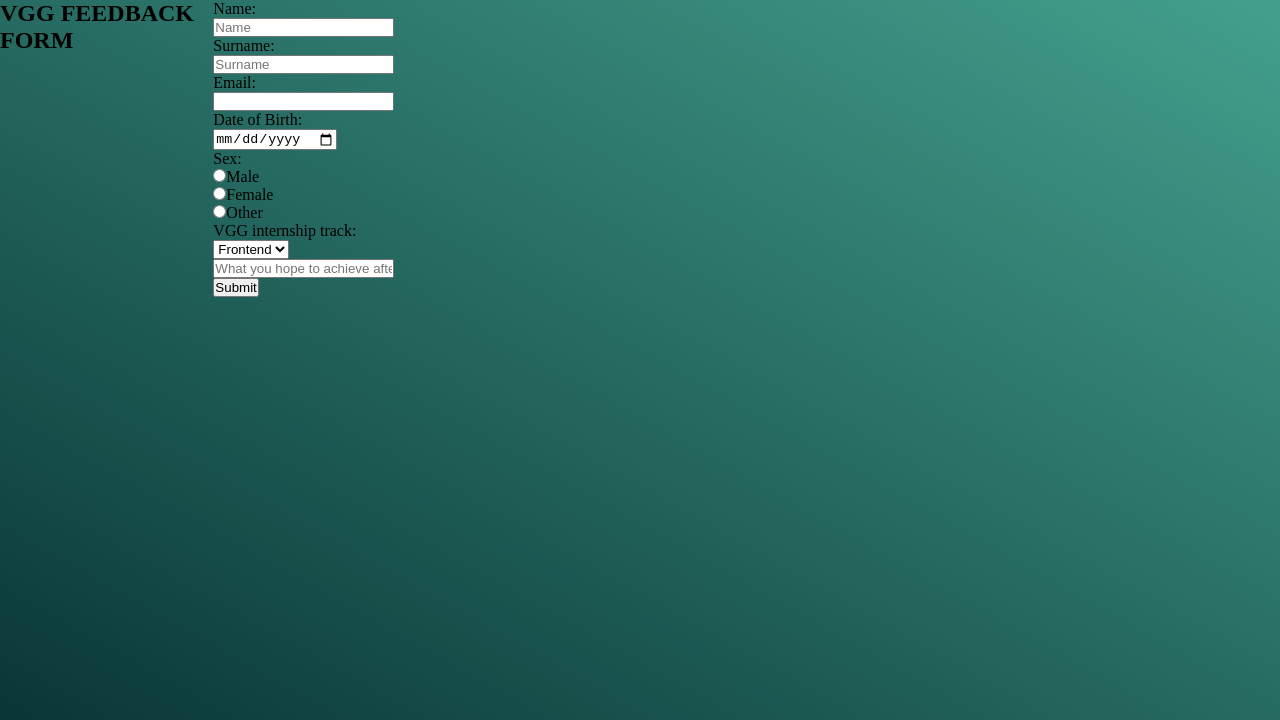
Repository: iphyokafor/VGG-Feedback-form
Page: index.html
The author's editor kept a copy of each file at every save. The page is drawn from the files as they stood at one save, then again after the next save.
The browser window is 1280 px wide. The pictures show the whole page.

Above is the page before, as saved 2020-01-12 20:30:02.

After the next save:
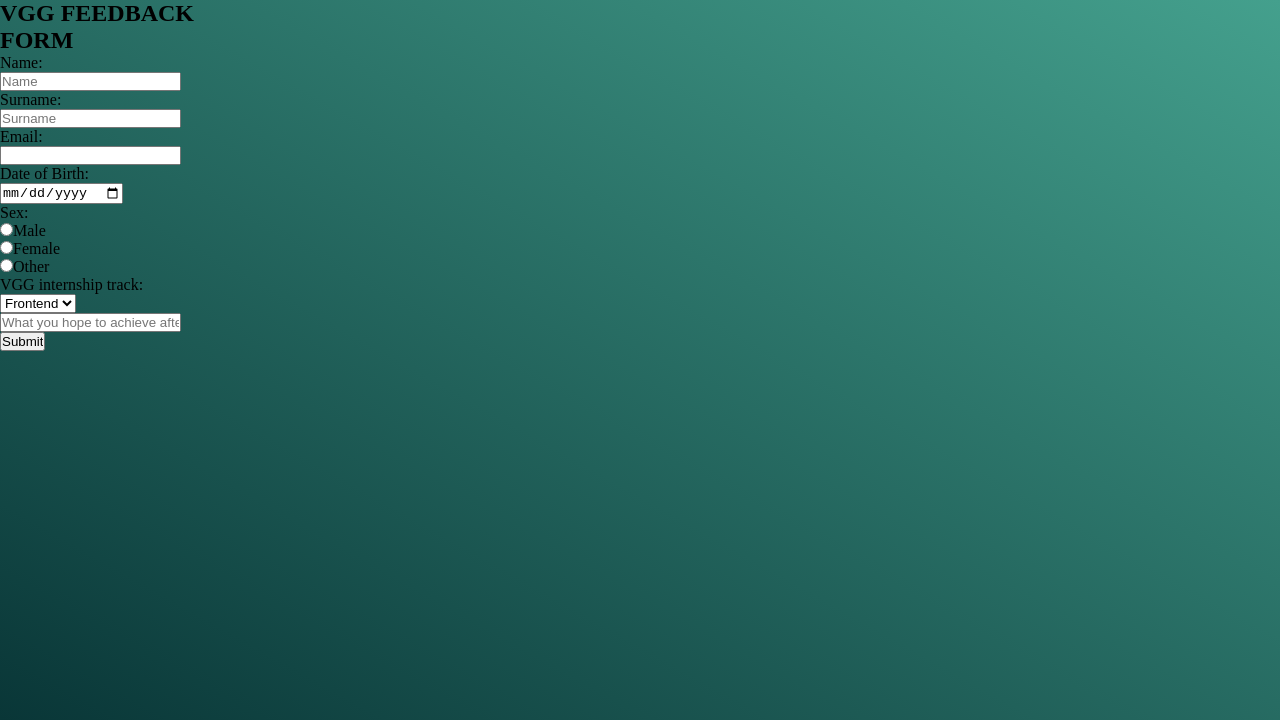
Saved 30 s later.
--- a/index.html
+++ b/index.html
@@ -11,8 +11,8 @@
 
 <body>
     <div class="container">
-        <h2>VGG FEEDBACK FORM</h2>
         <form>
+            <h2>VGG FEEDBACK FORM</h2>
             Name: <input type="text" placeholder="Name"><br> Surname: <input type="text" placeholder="Surname"><br> Email: <input type="email" required><br> Date of Birth: <input type="date" name="Date of Birth"><br> Sex:
             <br>
             <input type="radio" name="gender">Male<br>
